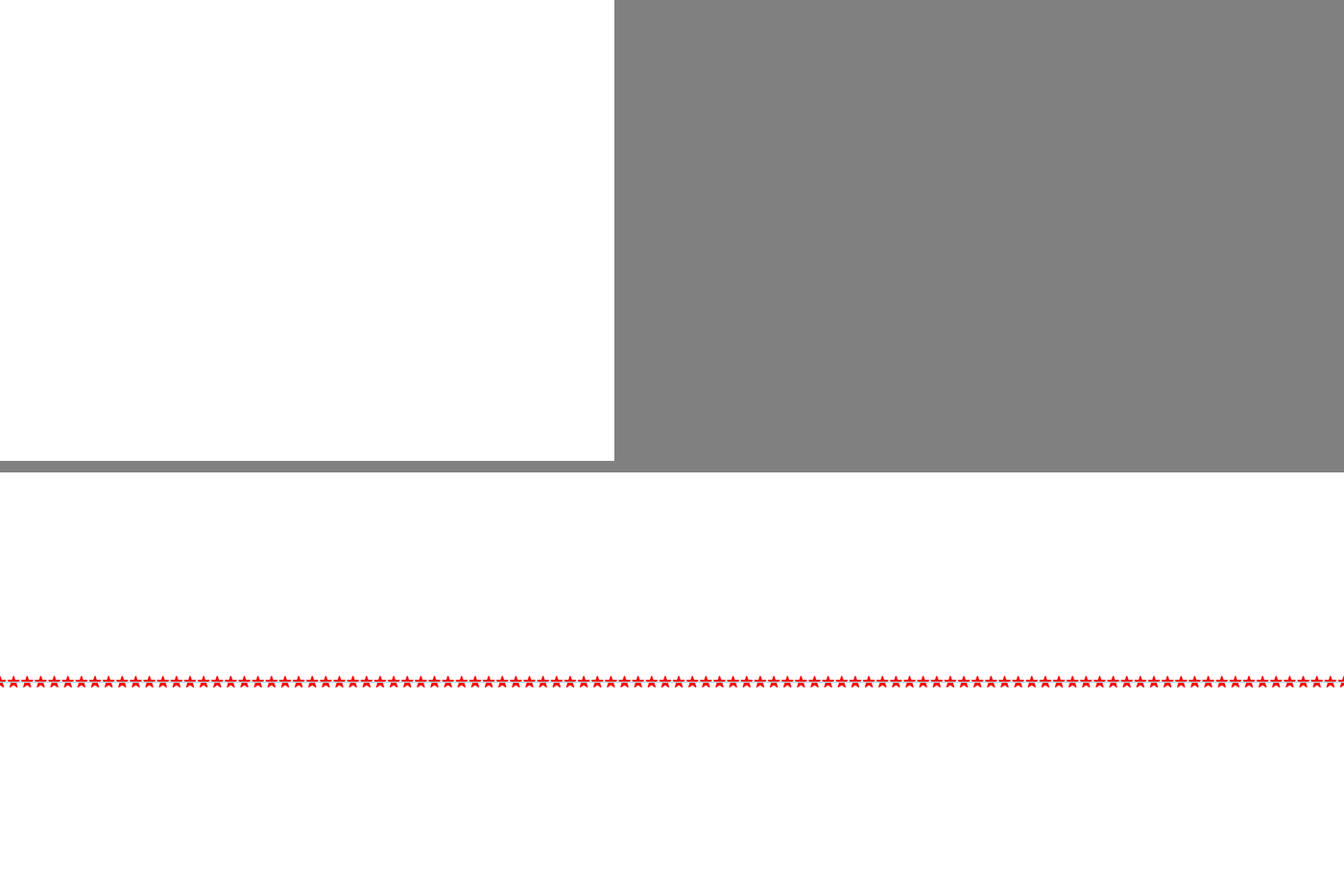
Repository: Carty-Bao/BNPHMM
Script's output: python code/synth.py
An editor plug-in stored every save of this project. The script's output is shown before and after the next save, followed by the edit.
The pictures are shown at 96% of full size.
Each picture stacks the figures in order, with grey between them; figures that are only written to a file come last. Figures wider than 1,400 px are first shrunk to that width. Random numbers start from a fixed seed.

Above is the script's output before, as saved 2022-08-18 15:04:48.

### code/synth.py
'''
author: Jiadi
Date: 2022.5.7
TODO: add parser
'''
import random
from math import ceil
from re import X
import numpy as np
import pylab as P
from scipy.stats import entropy
# from torch import threshold

def _blob(x,y,area,colour):
    """
    Draws a square-shaped blob with the given area (< 1) at
    the given coordinates.
    """
    hs = np.sqrt(area) / 2
    xcorners = np.array([x - hs, x + hs, x + hs, x - hs])
    ycorners = np.array([y - hs, y - hs, y + hs, y + hs])
    P.fill(xcorners, ycorners, colour, edgecolor=colour)

def hinton(W, maxWeight=None):
    """
    Draws a Hinton diagram for visualizing a weight matrix.
    Temporarily disables matplotlib interactive mode if it is on,
    otherwise this takes forever.
    """
    reenable = False
    if P.isinteractive():
        P.ioff()
    P.clf()
    height, width = W.shape
    if not maxWeight:
        maxWeight = 2**np.ceil(np.log(np.max(np.abs(W)))/np.log(2))

    P.fill(np.array([0,width,width,0]),np.array([0,0,height,height]),'gray')
    P.axis('off')
    P.axis('equal')
    for x in range(width):
        for y in range(height):
            _x = x+1
            _y = y+1
            w = W[y,x]
            if w > 0:
                _blob(_x - 0.5, height - _y + 0.5, min(1,w/maxWeight),'white')
            elif w < 0:
                _blob(_x - 0.5, height - _y + 0.5, min(1,-w/maxWeight),'black')
    if reenable:
        P.ion()
    P.show()

def gen_alpha(type = 'jitter', K = 3):
    '''
    为HMM生成状态转移矩阵和HMM集群中心
    type:调制基形,以PRI为例,可选的调制基形:
    'jitter','stagger','slide','dwell'
    center:不同调制基形对应不同集群中心,如果不指定集群中心,默认中心个数=3

    默认均为一维变量
    '''

    if type == 'jitter':
        assert K==1, "K must be 1"
        alpha = np.eye(K)
    if type in ['stagger', 'agile', 'dwell']:
        alpha = np.eye(K)
        while(1 in np.diag(alpha)):
            np.random.shuffle(alpha)
    if type == 'slide':
        alpha = np.eye(K)
        alpha = np.vstack((alpha[1:],alpha[0]))
    # if type == 'dwell':
    #     tr = np.eye(K)
    #     while(1 in np.diag(tr)):
    #         np.random.shuffle(tr)
    #     alpha = 0.05*tr + np.eye(K)
    return alpha

def Non_ideal_HMM(N, K, XDim=1, mu_sd_factor=0, L=10, spur_ratio=0, miss_ratio=0,type='stagger', mu = None):
    '''N: number of observations
    K: number of discrete components
    XDim: dimensionality of observed data (default = 2)
    mu:HMM集群的中心值，如果没有制定就是[100, 110, 120,...]

    计算虚假脉冲和缺失脉冲个数'''

    spur_num = np.floor(spur_ratio * N)
    miss_num = np.floor(miss_ratio * N)
    N_unideal = int(N + spur_num + miss_num)
    X = np.zeros((N_unideal,XDim))
    Y = np.zeros((N_unideal,L))
    z = np.zeros(K)#记录上一个状态
    Z = np.zeros((N_unideal, 1))
    alpha = gen_alpha(type=type, K=K)

    beta = 0.1 #intial dist params.
    pik = np.random.dirichlet(beta*np.ones(K)) #distribution over initial state p(l_0)
    A = alpha / np.reshape(alpha.sum(axis=1),(K,1))#把alpha归一化
    hinton(A)
    # mu = np.array([np.random.multivariate_normal(np.zeros(XDim),20*np.eye(XDim)) for _ in range(K)]) #每个类别的均值
    if mu == None:
        mu = np.array([[100+10*i] for i in range(K)])
        mu_init = mu.copy()
    else:
        mu = np.array([mu])
        print(mu)
        mu = mu.T
        mu_init = mu.copy()
    C = np.array([mu_sd_factor*np.eye(XDim) for _ in range(K)])#每个类别的方差
    pr_y = np.array([np.random.dirichlet(0.1*np.ones(L)) for _ in range(K)])#每个类别的可能性的先验概率
    #draw observations:
    n = 0
    bound = X.shape[0]
    while(n<=bound):
        #draw latent component:
        if n==0:
            z = np.random.multinomial(1, pik)
        else:
            prev_z = z.argmax()
            z = np.random.multinomial(1,A[prev_z,:])
        z_n = z.argmax()#记录下一个状态
        if np.random.choice(2, 1, p=[1 - miss_ratio, miss_ratio]) and type is not 'dwell':#缺失脉冲
            X = np.delete(X, n, axis=0)
            Y = np.delete(Y, n, axis=0)
            Z = np.delete(Z, n, axis=0)
            continue
        if np.random.choice(2, 1, p=[1 - spur_ratio, spur_ratio]) and type is not 'dwell':#虚假脉冲
            spur_value = np.random.uniform(low=min(mu),high=max(mu),size=1)
            X[n,:] = np.random.multivariate_normal(spur_value, C[z_n,:,:])
            # Z[n,:] = abs(mu-spur_value).argmin()
            Z[n,:] = K+1
            n+=1
        if type=='dwell':
            for dns in range(5):
                if np.random.choice(2, 1, p=[1 - miss_ratio, miss_ratio]):#缺失脉冲
                    X = np.delete(X, n, axis=0)
                    Y = np.delete(Y, n, axis=0)
                    Z = np.delete(Z, n, axis=0)
                    continue
                if np.random.choice(2, 1, p=[1 - spur_ratio, spur_ratio]):#虚假脉冲
                    spur_value = np.random.uniform(low=min(mu),high=max(mu),size=1)
                    X[n,:] = np.random.multivariate_normal(spur_value, C[z_n,:,:])
                    # Z[n,:] = abs(mu-spur_value).argmin()
                    Z[n,:] = K+1
                    n+=1
                X[n,:] = np.random.multivariate_normal(mu[z_n,:], C[z_n,:,:])
                Y[n,:] = np.random.multinomial(1,pr_y[z_n,:])
                Z[n,:] = z_n
                bound = X.shape[0]-1
                n+=1
                if n>bound:
                    break
        else:
            X[n,:] = np.random.multivariate_normal(mu[z_n,:], C[z_n,:,:])
            if type == 'agile':
                Z[n,:] = np.where(mu_init == mu[z_n,:])[0]
            if (n+1) % K == 0 and type=='agile':
                np.random.shuffle(mu)

        if type !='dwell':
            Y[n,:] = np.random.multinomial(1,pr_y[z_n,:])
            if type != 'agile':
                Z[n,:] = z_n
            n+=1
            bound = X.shape[0]-1
    #返回每个类别的均值
    return X,Y,Z,mu

def workmode_cat(nums = None, Ks = None, mus = None, XDim=1, mu_sd_factor = 0, spur_ratio = 0, miss_ratio = 0, types = None):
    '''
    将生成的数据拼接
    nums Ks types均为列表 长度相同
    '''
    seq_num = len(nums)
    assert len(Ks) == seq_num, "Do not have enough Ks"
    assert len(types) == seq_num, "Do not have enough types"
    assert len(mus) == seq_num, "Do not have enough mus"

    X = None
    Z = None
    mus_grd = None
    paras = zip(nums, Ks, mus, types)
    for para in paras:
        session, _, labels, mu_grd = Non_ideal_HMM(N=para[0], K=para[1],mu = para[2], XDim=XDim, mu_sd_factor=mu_sd_factor, spur_ratio=spur_ratio, miss_ratio=miss_ratio,type=para[3])
        if X is None and mus_grd is None:
            X = session
            Z = labels
            mus_grd = mu_grd
        else:
            X = np.vstack((X, session))
            Z = np.vstack((Z, labels))
            mus_grd = np.vstack((mus_grd, mu_grd))
    return X, Z, mus_grd

def center_compare(center1, center2, threshold):
    '''
    比较两个集群中心
    '''
    diff = np.array([])
    for num in center1:
        diff = np.append(diff,min(abs(num-center2)))
    change = diff.sum()/diff.shape[0] > threshold
    cusum =  float(diff.sum())/diff.shape[0]
    return change,threshold #1是手动设置阈值

def trans_compare(A_1, A_2, mu_1, mu_2,threshold=1):
    def trans(A, order):
        N = len(order)
        # print(order)
        new_matrix = np.zeros((N,N))
        for i, row in enumerate(order):
            for j, col in enumerate(order):
                try:
                    new_matrix[row][col] = A[i][j]
                except IndexError:
                    if A.shape[0] < N:#A_1<A_2,填上0
                        new_matrix[row][col] = 0.1
                    # else:

        return new_matrix

    def trans_order(mu_1,mu_2):
        order = []
        N = len(mu_1)
        minus_dis = []
        for mu in mu_1:
            minus = mu_2 - mu
            order.append(np.argmin(abs(minus)))
            minus_dis.append(np.min(abs(minus)))
        return order

    order = trans_order(mu_1,mu_2)
    A2_new = trans(A_2,order)
    e = 0
    for index in range(len(order)):
        e += entropy(A_1[index], A2_new[index])
    change = e > threshold
    cusum = e
    return change, cusum

if __name__=="__main__":

    import matplotlib as mpl
    mpl.use('TkAgg')
    import matplotlib.pyplot as plt
    import pandas as pd
    np.set_printoptions(threshold=np.inf)
    plt.rc('font',family='Times New Roman')

    #数据生成
    N, K_grnd, K = 100, 1, 10
    X1, _, Z, mu_grd = Non_ideal_HMM(N, K_grnd, mu_sd_factor= 0, spur_ratio=0., miss_ratio=0,type='jitter')

    # Ns = [100,150,180]
    # Ks = [4,5,6]
    # types = ['stagger','slide','stagger']
    # X, mu_grd = workmode_cat(nums=Ns, Ks=Ks, mu_sd_factor=0, spur_ratio=0, miss_ratio=0, types=types)
    pulse = []
    labels = []
    for p, z in zip(X1,Z):
        labels.append(int(z))
        pulse.append(int(p))

    #颜色赋值
    col = []
    colors = ['#FF0000', '#FFA500', 'purple', 'blue', '#228B22']
    for i in range(0, len(labels)):
        col.append(colors[int(labels[i])])



    plt.figure(dpi=150,figsize=(16,5))
    # plt.xlabel("PRI index")
    # plt.ylabel("PRI value")
    # plt.title("agile PRI")
    plt.axis('off')
    plt.plot(range(len(X1)), X1,color='lightblue', linewidth=1.0)
    plt.scatter(range(len(X1)), X1, c=col,marker='*',s=100)
    plt.subplots_adjust(top = 1, bottom = 0, right = 1, left = 0, hspace = 0, wspace = 0)
    plt.margins(0,0)

    plt.savefig("genworkmode/slide_color.png", transparent=False, dpi=300, pad_inches = 0,format='png')
    plt.show()

After the next save:
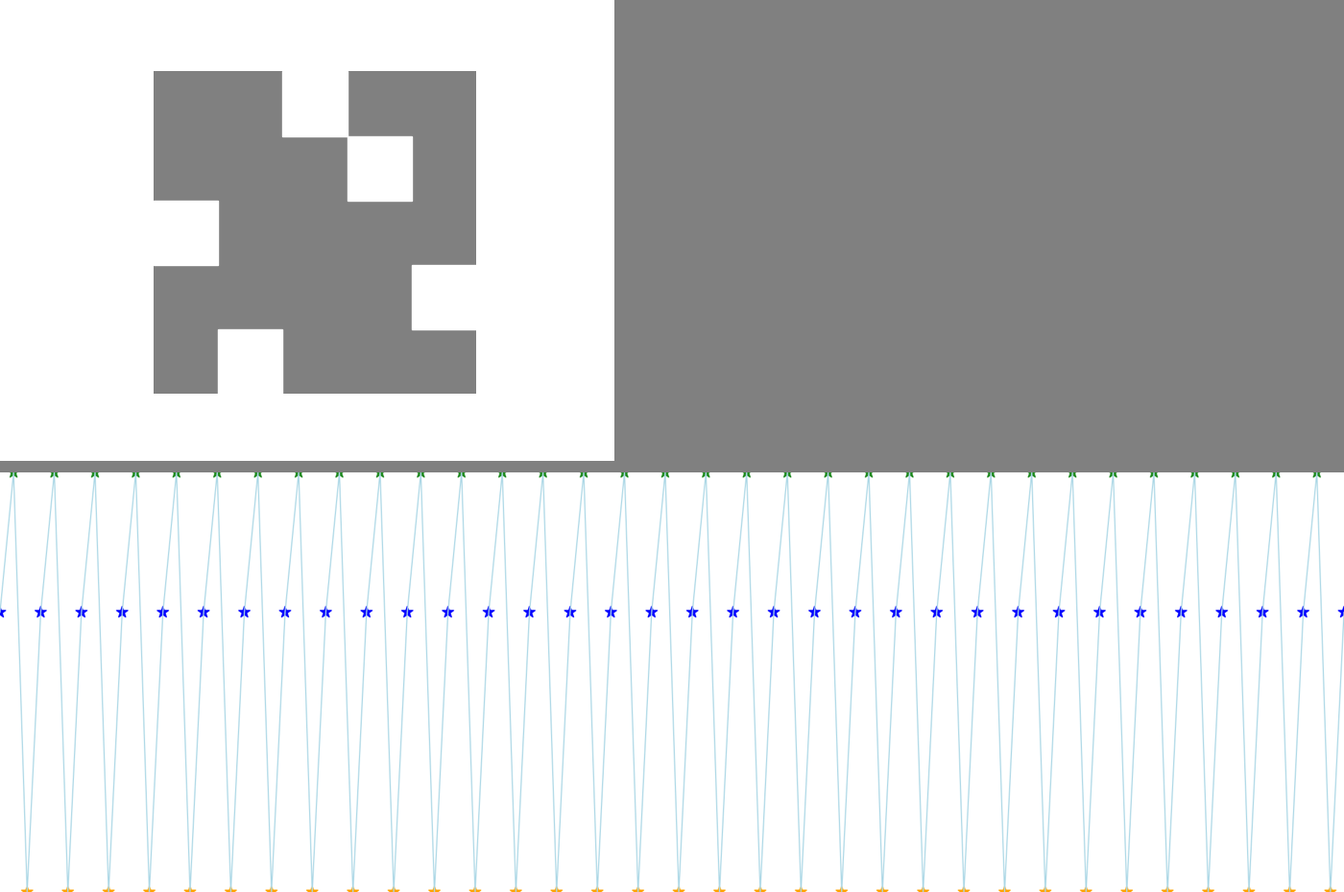
Saved 26 s later.
--- a/code/synth.py
+++ b/code/synth.py
@@ -250,8 +250,8 @@ if __name__=="__main__":
     plt.rc('font',family='Times New Roman')
 
     #数据生成
-    N, K_grnd, K = 100, 1, 10
-    X1, _, Z, mu_grd = Non_ideal_HMM(N, K_grnd, mu_sd_factor= 0, spur_ratio=0., miss_ratio=0,type='jitter')
+    N, K_grnd, K = 100, 5, 10
+    X1, _, Z, mu_grd = Non_ideal_HMM(N, K_grnd, mu_sd_factor= 0, spur_ratio=0., miss_ratio=0,type='stagger')
 
     # Ns = [100,150,180]
     # Ks = [4,5,6]
